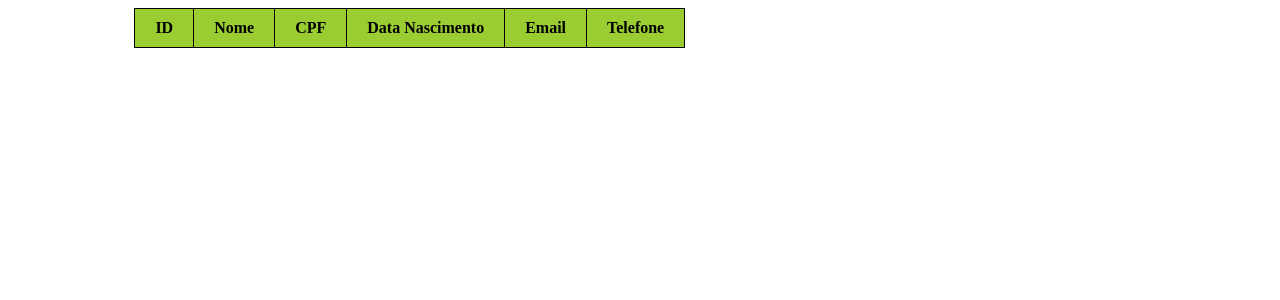
Repository: ujota/crud-cliente
Page: api-clientes/front/html/cliente.html
An editor plug-in stored every save of this project. The page is shown before and after the next save, followed by the edit.
The browser window is 1280 px wide. The pictures show the whole page.
The page's requests for data from a server got no answer.

Above is the page before, as saved 2022-10-03 04:14:19.

### api-clientes/front/html/cliente.html
<!DOCTYPE html>
<html lang="en">
<head>
    <meta charset="UTF-8">
    <meta http-equiv="X-UA-Compatible" content="IE=edge">
    <meta name="viewport" content="width=device-width, initial-scale=1.0">
    <title>Cliente</title>
    <link rel="stylesheet" href="../css/cliente.css">
</head>
<body>
    <form action="#">
        <div id="body"></div>
    </form>
</body>
    <script src="../scripts/cliente.js"></script>
</html>

### api-clientes/front/css/cliente.css
table{
	margin-left: 10%;
    border-collapse: collapse;
    border-spacing: 0;
}
th{
	background-color: yellowgreen;
}
th, td{
	border:1px solid black;
    padding: 10px 20px;
}

### api-clientes/front/scripts/cliente.js
let table = document.createElement('table');


document.getElementById('body').appendChild(table);

let row_1 = document.createElement('tr');

let heading_1 = document.createElement('th');
heading_1.innerHTML = "ID";
let heading_2 = document.createElement('th');
heading_2.innerHTML = "Nome";
let heading_3 = document.createElement('th');
heading_3.innerHTML = "CPF";
let heading_4 = document.createElement('th');
heading_4.innerHTML = "Data Nascimento";
let heading_5 = document.createElement('th');
heading_5.innerHTML = "Email";
let heading_6 = document.createElement('th');
heading_6.innerHTML = "Telefone";

row_1.appendChild(heading_1);
row_1.appendChild(heading_2);
row_1.appendChild(heading_3);
row_1.appendChild(heading_4);
row_1.appendChild(heading_5);
row_1.appendChild(heading_6);
table.appendChild(row_1);

// let row_2 = document.createElement('tr');
// let row_2_data_1 = document.createElement('td');
// row_2_data_1.innerHTML = "1.";
// let row_2_data_2 = document.createElement('td');
// row_2_data_2.innerHTML = "João Pedro";
// let row_2_data_3 = document.createElement('td');
// row_2_data_3.innerHTML = "1997-01-31";
// let row_2_data_4 = document.createElement('td');
// row_2_data_4.innerHTML = "43495488820";
// let row_2_data_5 = document.createElement('td');
// row_2_data_5.innerHTML = "joao.silveerio@gmail.com";
// let row_2_data_6 = document.createElement('td');
// row_2_data_6.innerHTML = "11972247142";

// row_2.appendChild(row_2_data_1);
// row_2.appendChild(row_2_data_2);
// row_2.appendChild(row_2_data_3);
// row_2.appendChild(row_2_data_4);
// row_2.appendChild(row_2_data_5);
// row_2.appendChild(row_2_data_6);
// table.appendChild(row_2);






var my_headers = new Headers();
my_headers.append("Content-type", "application/json");


var requestOptions = {
	method: 'GET',
	headers: my_headers,
	redirect : 'follow'

};

fetch("http://localhost:8080/cliente",
requestOptions).then(reponse =>
    reponse.json())
	.then(result => {
        result.forEach((item, index, array)=>{
			let row_2 = document.createElement('tr');
			let row_2_data_1 = document.createElement('td');
			row_2_data_1.innerHTML = item["id"];
			let row_2_data_2 = document.createElement('td');
			row_2_data_2.innerHTML = item["nome"];
			let row_2_data_3 = document.createElement('td');
			row_2_data_3.innerHTML = item["cpf"];
			let row_2_data_4 = document.createElement('td');
			row_2_data_4.innerHTML = item["dataNascimento"];
			let row_2_data_5 = document.createElement('td');
			row_2_data_5.innerHTML = item["email"];
			let row_2_data_6 = document.createElement('td');
			row_2_data_6.innerHTML = item["telefone"];

			row_2.appendChild(row_2_data_1);
			row_2.appendChild(row_2_data_2);
			row_2.appendChild(row_2_data_3);
			row_2.appendChild(row_2_data_4);
			row_2.appendChild(row_2_data_5);
			row_2.appendChild(row_2_data_6);
			table.appendChild(row_2);

          })
		})
		.catch(error => alert(error))

After the next save:
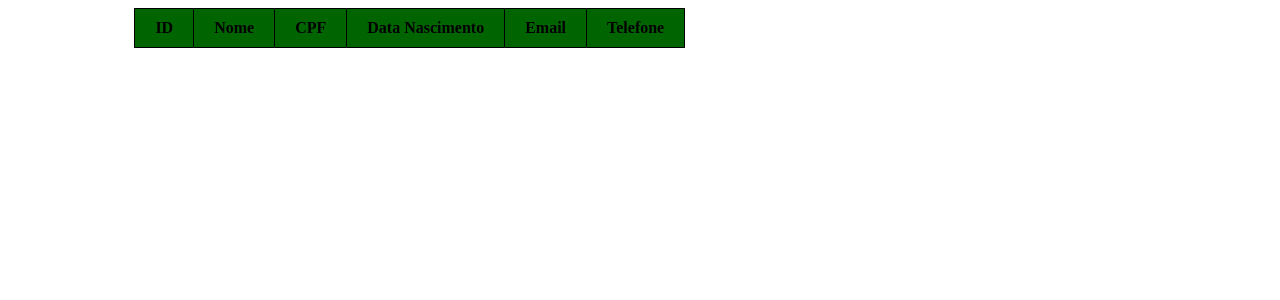
Saved 14 s later.
--- a/api-clientes/front/css/cliente.css
+++ b/api-clientes/front/css/cliente.css
@@ -4,7 +4,7 @@ table{
     border-spacing: 0;
 }
 th{
-	background-color: yellowgreen;
+	background-color: darkgreen;
 }
 th, td{
 	border:1px solid black;
